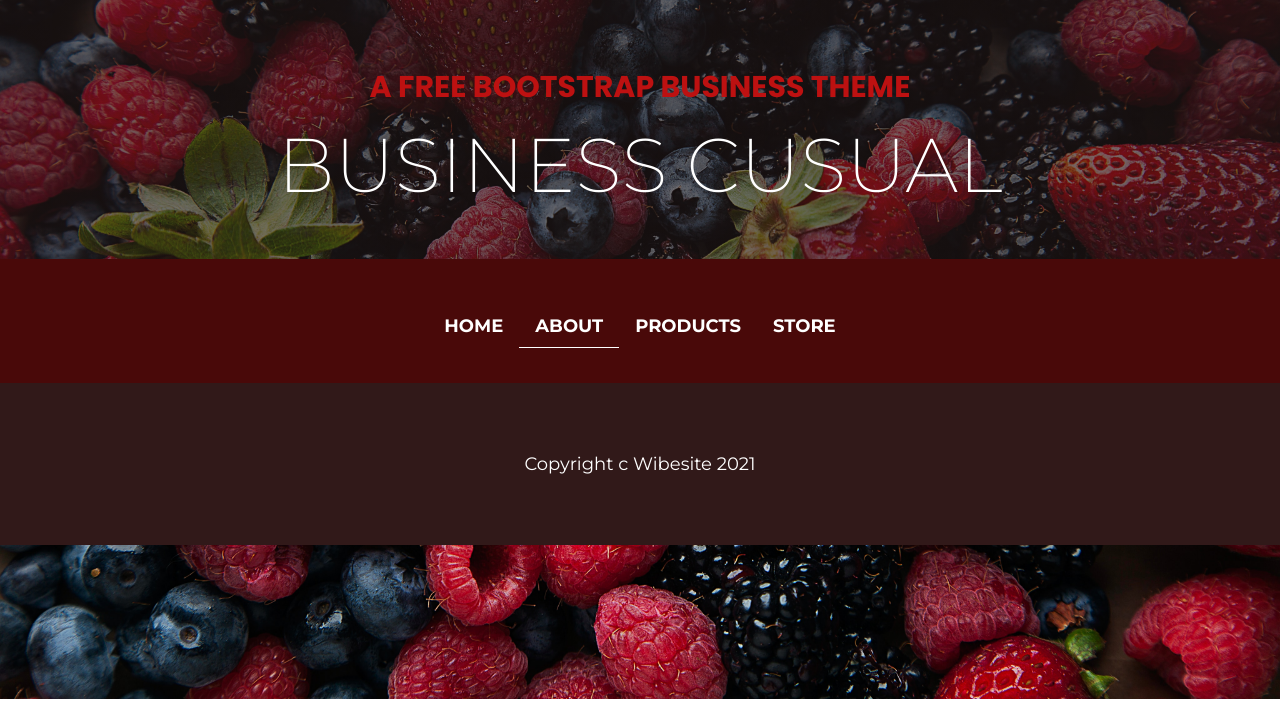
Repository: wadelfadill/tache_7_Business_bootstrap_theme
Page: about.html
An editor plug-in stored every save of this project. The page is shown before and after the next save, followed by the edit.
The browser window is 1280 px wide. The pictures show the whole page.

Above is the page before, as saved 2023-04-28 09:24:49.

After the next save:
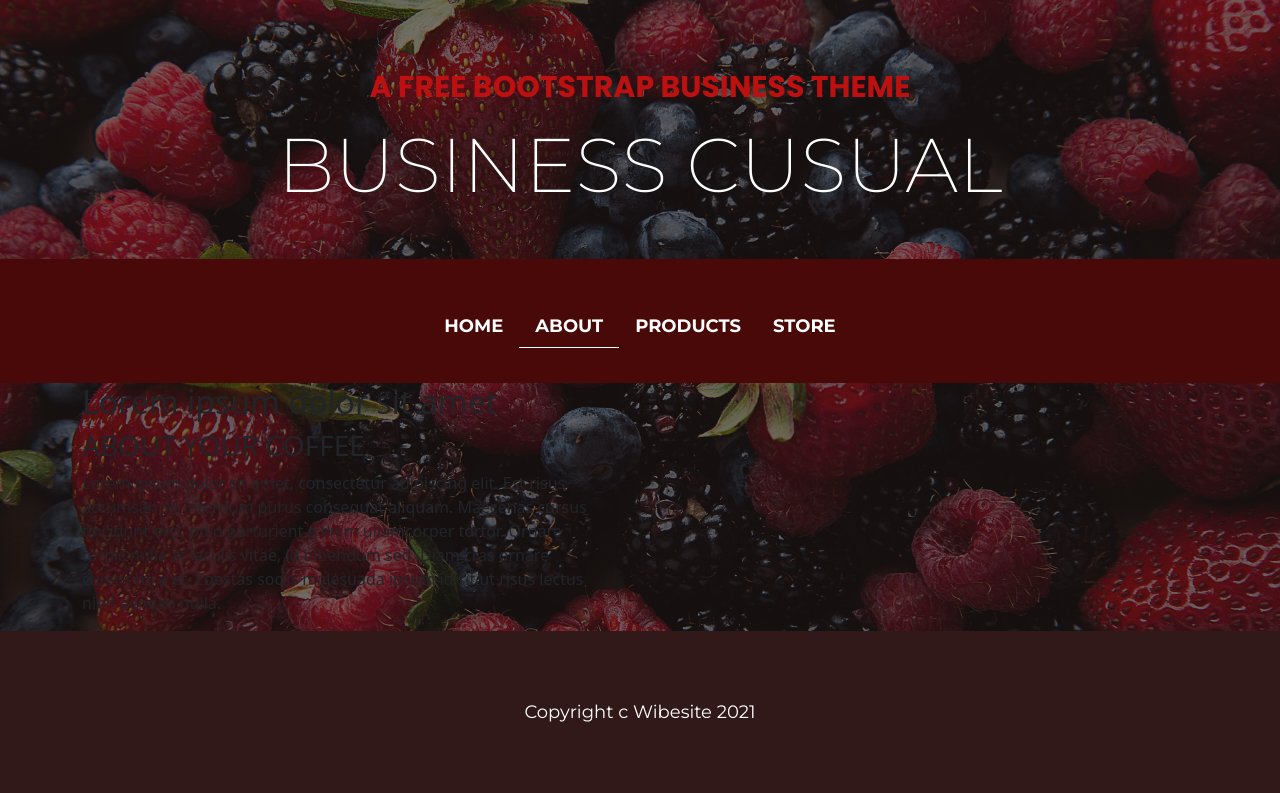
Saved 10 min 8 s later.
--- a/about.html
+++ b/about.html
@@ -46,7 +46,26 @@
     <!-- ========== End Header Section ========== -->
     <!-- ========== Start Main Section ========== -->
     <main>
+      <section id="section">
+        <div class="container">
+          <div class="row d-flex flex-column">
+            <div class="col-12 photo">
 
+            </div>
+            <div class="col-12 box">
+              <h2 class="text-start">Lorem ipsum dolor sit amet</h2>
+              <h3 class="text-start">ABOUT YOUR COFFEE</h3>
+              <p>
+                Lorem ipsum dolor sit amet, consectetur adipiscing elit.
+                Est risus <br> accumsan sit interdum purus consequat aliquam.
+                Maecenas cursus<br> tincidunt orci, odio parturient a enim ullamcorper tortor.
+                Ornare <br>turpis nulla at iaculis vitae, id bibendum sed. Diam cras ornare<br>  cursus mi a et.
+                Egestas sociis malesuada ipsum id sit ut risus lectus <br> nibh aenean nulla.
+              </p>
+            </div>
+          </div>
+        </div>
+      </section>
     </main>
     <!-- ========== End Main Section ========== -->
     <footer id="footer">
